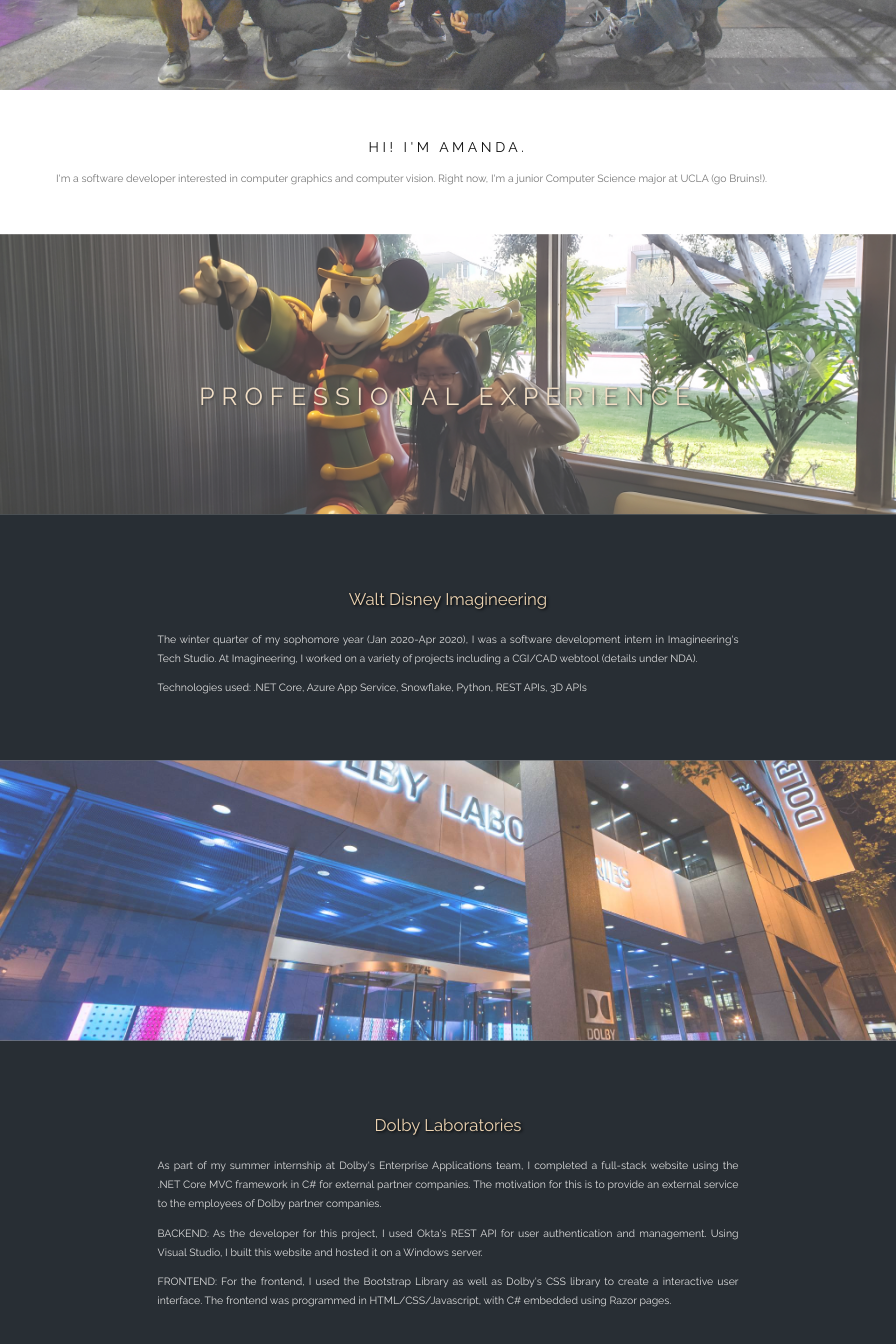
Repository: aliyuanh/me
Page: index.html
An editor plug-in stored every save of this project. The page is shown before and after a run of saves, followed by the edit.
The browser window is 1280 px wide. The pictures show the part of the page from y = 591 to 2511 px (the page is 5411 px tall before and 5438 px after), at 70% of full size.
Backgrounds fixed to the window are drawn as part of the page.

Above is the page before, as saved 2020-09-17 13:42:39.

### index.html
<!DOCTYPE html>
<html>

<head>
    <link href="https://fonts.googleapis.com/css2?family=Raleway:ital,wght@0,100;0,400;1,400;1,500&display=swap" rel="stylesheet">
    <meta name="viewport" content="width=device-width, initial-scale=1">
    <style>
         :root {
            --oxford-blue: #0b132bff;
            --space-cadet: #1c2541ff;
            --cadet-blue: #4da1a9ff;
            --wheat: #edd4b2ff;
            --mountbatten-pink: #9a7aa0ff;
        }

        body,
        html {
            height: 100%;
            margin: 0;
            font: 400 15px/1.8 "Raleway", sans-serif;
            color: #777;
            scroll-behavior: smooth;
        }

        .bgimg-1,
        .bgimg-2,
        .bgimg-3,
        .bgimg-boids,
        .bgimg-raytracer,
        .bgimg-3d4e {
            position: relative;
            opacity: 0.75;
            background-attachment: fixed;
            background-position: center;
            background-repeat: no-repeat;
            background-size: cover;
        }

        .bgimg-1 {
            background-image: url("img/tokyo.jpg");
            min-height: 100%;
        }

        .bgimg-2 {
            background-image: url("img/imagineering.jpg");
            min-height: 400px;
        }

        .bgimg-3 {
            background-image: url("img/dolby.jpg");
            min-height: 400px;
        }

        .bgimg-boids {
            background-image: url("img/boids.png");
            min-height: 400px;
        }

        .bgimg-raytracer {
            background-image: url("img/raytracer.png");
            min-height: 400px;
        }

        .bgimg-3d4e {
            background-image: url("img/table3D4E.JPG");
            min-height: 400px;
        }

        .caption {
            position: absolute;
            left: 0;
            top: 50%;
            width: 100%;
            text-align: center;
            color: #000;
        }

        .caption span.border {
            background-color: var(--oxford-blue);
            color: var(--wheat);
            padding: 18px;
            font-size: 25px;
            letter-spacing: 10px;
        }

        h3 {
            letter-spacing: 5px;
            text-transform: uppercase;
            font: 20px "Raleway", sans-serif;
            color: #111;
        }
        /* Turn off parallax scrolling for tablets and phones */

        .toResume {
            top: 10%;
            width: 100%;
            right: 10%;
            text-align: right;
            color: #000;
            position: absolute;
        }

        .resumeButton {
            background-color: var(--space-cadet);
            color: var(--wheat);
            padding: 18px;
            font-size: 16px;
            letter-spacing: 6px;
        }

        .headers {
            padding: 18px;
            font-size: 25px;
            letter-spacing: 10px;
            background-color: transparent;
            font-size: 35px;
            color: var(--wheat);
            text-shadow: 2px 2px 4px #000;
        }

        .blockForText {
            color: #ddd;
            background-color: #282E34;
            text-align: center;
            padding: 5em 15em;
            text-align: justify;
        }

        .titleForBlock {
            color: var(--wheat);
            background-color: transparent;
            text-align: center;
            top: 1em;
            font-size: x-large;
            text-shadow: 2px 2px 4px #000;
        }

        .toSections {
            color: var(--mountbatten-pink);
            background-color: var(--space-cadet);
            width: fit-content;
            padding: 1em;
            text-decoration: none;
            text-shadow: 2px 2px 4px #000;
        }

        @media only screen and (max-device-width: 1024px) {
            .bgimg-1,
            .bgimg-2,
            .bgimg-3 {
                background-attachment: scroll;
            }
        }
        /* CSS HEX */
    </style>
</head>

<body>

    <div class="bgimg-1">
        <div class="toResume">
            <a class="resumeButton" href="https://drive.google.com/file/d/1WPi9M0jbwAtVQjWsxIvFWxaKqeurGUjf/view?usp=sharing">RESUME</a>
        </div>
        <div class="caption">
            <span class="border">AMANDA HAN</span>
        </div>
        <div class="caption" style="top:60%;">
            <div class="border" style="margin:auto;">
                <a href="#professional" class="toSections">professional</a>
                <a href="$projects" class="toSections">projects</a>
                <a href="#personal" class="toSections">personal</a>
            </div>
        </div>
    </div>

    <div style="color: #777;background-color:white;text-align:center;padding:50px 80px;text-align: justify;">
        <h3 style="text-align:center;">Hi! I'm Amanda.</h3>
        <p>I'm a software developer interested in computer graphics and computer vision. Right now, I'm a junior Computer Science major at UCLA (go Bruins!).
        </p>
    </div>

    <div class="bgimg-2" id="professional">
        <div class="caption">
            <span class="headers">PROFESSIONAL EXPERIENCE</span>
        </div>
    </div>

    <div style="position:relative;">
        <div class="blockForText">
            <p class="titleForBlock">Walt Disney Imagineering</p>
            <p>The winter quarter of my sophomore year (Jan 2020-Apr 2020), I was a software development intern in Imagineering's Tech Studio. At Imagineering, I worked on a variety of projects including a CGI/CAD webtool (details under NDA).
            </p>
            <p>
                Technologies used: .NET Core, Azure App Service, Snowflake, Python, REST APIs, 3D APIs
            </p>
        </div>
    </div>

    <div class="bgimg-3">
        <div class="caption">
            <span class="border" style="background-color:transparent;font-size:25px;color: #f7f7f7;"></span>
        </div>
    </div>

    <div style="position:relative;">
        <div class="blockForText">
            <p class="titleForBlock">Dolby Laboratories</p>
            <p>As part of my summer internship at Dolby's Enterprise Applications team, I completed a full-stack website using the .NET Core MVC framework in C# for external partner companies. The motivation for this is to provide an external service to
                the employees of Dolby partner companies.
            </p>
            <p>
                BACKEND: As the developer for this project, I used Okta's REST API for user authentication and management. Using Visual Studio, I built this website and hosted it on a Windows server.
            </p>
            <p>
                FRONTEND: For the frontend, I used the Bootstrap Library as well as Dolby's CSS library to create a interactive user interface. The frontend was programmed in HTML/CSS/Javascript, with C# embedded using Razor pages.
            </p>
        </div>
    </div>

    <div class="bgimg-boids" id="projects">
        <div class="caption">
            <span class="headers">PROJECTS</span>
        </div>
    </div>

    <div style="position:relative;">
        <div class="blockForText">
            <p class="titleForBlock">Examining Realistic Animation for Bird Flight Locomotion and Flocking Behavior </p>
            <p class="titleForBlock" style="font-size:medium; top: 1em;"> An exploration into realistic and intelligent boids</p>
            <p>For a more detailed look at our work, check out <a href="https://drive.google.com/file/d/1roD6f6O2y-D9oC9Y6kRLfV5ygv2Oxyie/view?usp=sharing">our presentation</a> or <a href="https://drive.google.com/file/d/1EKCrtCoSiOdHSjfQbJRRv11yyhfx--Px/view?usp=sharing">our paper</a>.
            </p>
        </div>
    </div>

    <div class="bgimg-raytracer">
        <div class="caption">
            <span class="headers"></span>
        </div>
    </div>
    <div style="position:relative;">
        <div class="blockForText">
            <p class="titleForBlock">Raytracer</p>
            <p>Personal project...</p>
        </div>
    </div>


    <div class="bgimg-3d4e" id="personal">
        <div class="caption">
            <span class="headers">Personal</span>
        </div>
    </div>
    <div style="position:relative;">
        <div class="blockForText">
            <p class="titleForBlock">3D4E</p>
            <p>vp...</p>
        </div>
    </div>

    <div class="bgimg-1">
        <div class="caption">
            <span class="border"><a href="mailto: aliyuanh@ucla.edu" style="color:#ddd ">Email me!</a></span>
        </div>
    </div>

</body>

</html>

After the next 2 saves:
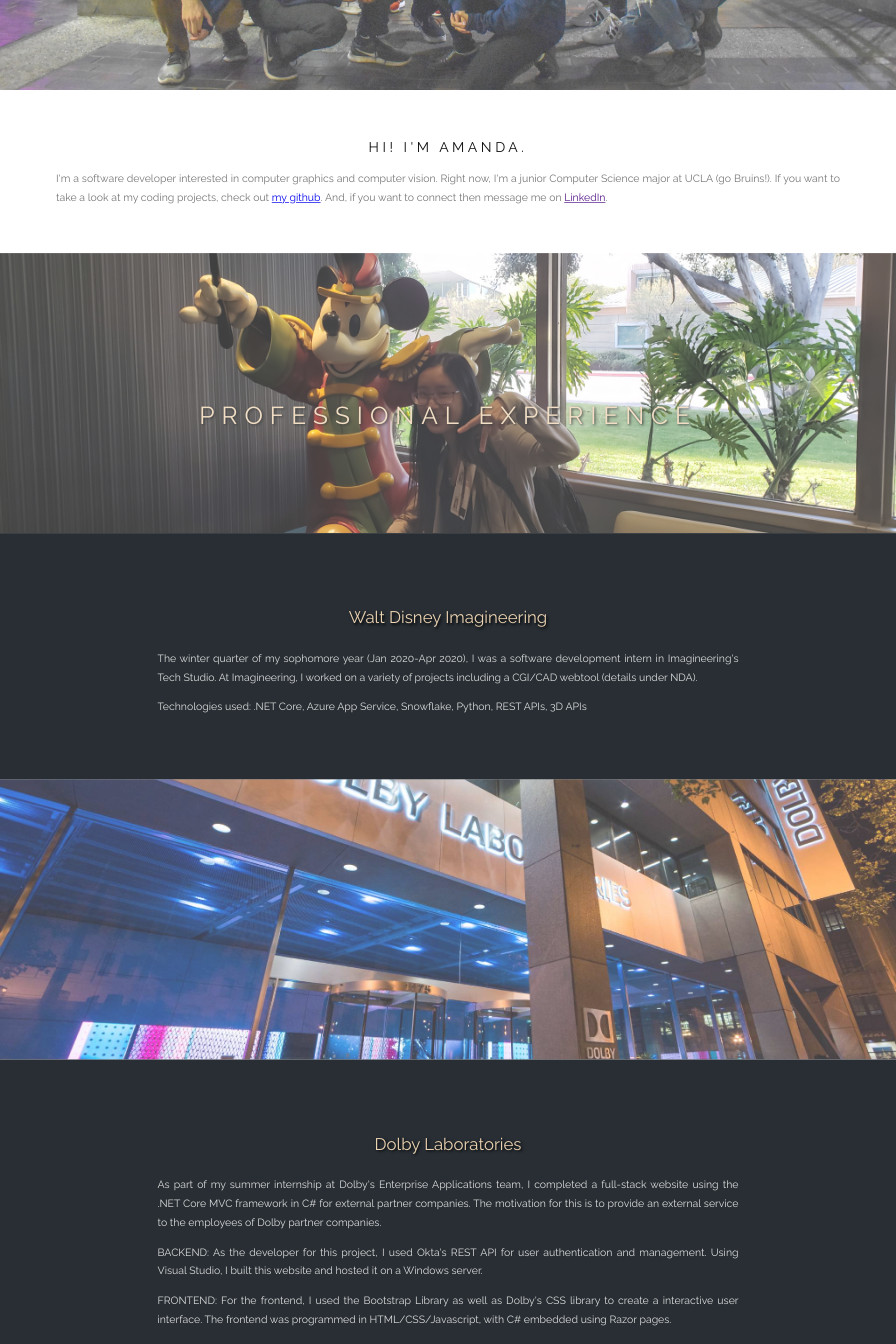
The 2 saves are shown as one change because they came seconds apart.
The last was saved 118 s later.
--- a/index.html
+++ b/index.html
@@ -175,7 +175,8 @@
 
     <div style="color: #777;background-color:white;text-align:center;padding:50px 80px;text-align: justify;">
         <h3 style="text-align:center;">Hi! I'm Amanda.</h3>
-        <p>I'm a software developer interested in computer graphics and computer vision. Right now, I'm a junior Computer Science major at UCLA (go Bruins!).
+        <p>I'm a software developer interested in computer graphics and computer vision. Right now, I'm a junior Computer Science major at UCLA (go Bruins!). If you want to take a look at my coding projects, check out <a href="https://github.com/aliyuanh">my github</a>.
+            And, if you want to connect then message me on <a href="">LinkedIn</a>.
         </p>
     </div>
 
